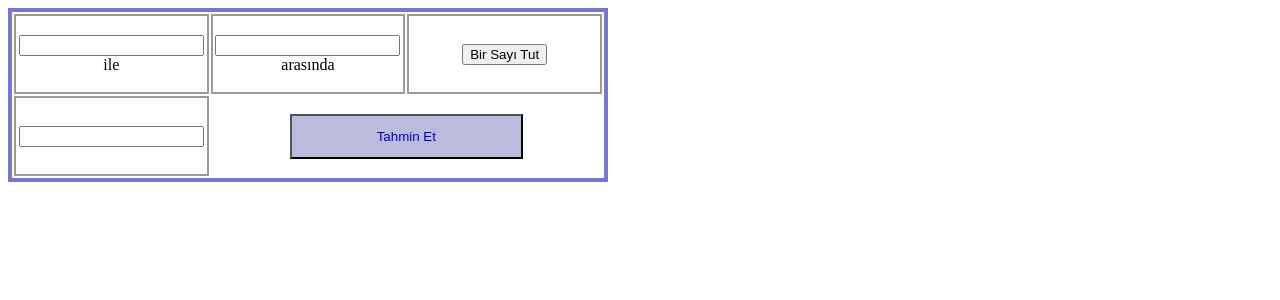
Repository: emrebolukbas/.js-Training-Tobeto
Page: 4-oyunBirSayiTut/public/oyunBirSayiTut.html
The author's editor kept a copy of each file at every save. The page is drawn from the files as they stood at one save, then again after the next save.
The browser window is 1280 px wide. The pictures show the whole page.

Above is the page before, as saved 2023-10-08 21:04:42.
Console error: ReferenceError: sayfaYukle is not defined

### 4-oyunBirSayiTut/public/oyunBirSayiTut.html
<!DOCTYPE html>
<html>
<head>
	<meta charset="UTF-8">
	<title> 4-Oyun Bir Sayı Tut 1.0 </title>
	<link rel="stylesheet" href="oyunBirSayiTut.css">
	<script type="text/javascript" src="oyunBirSayiTut.js"></script>
</head>
<body onload="sayfaYukle();">

	<table class="table-1">
		<tr class="tr-1">
			<td class="td-1">
				<input id="input-1" type="number">
				<label for="input-1">ile</label>
			</td>
			<td class="td-1">
				<input id="input-2" type="number">
				<label for="input-2">arasında</label>
			</td>
			<td class="td-1">
				<button type="button" onclick="yeniSayiTut();"> Bir Sayı Tut </button>
			</td>
		</tr>
		<tr class="tr-1">
			<td class="td-1">
				<input id="input-3" type="number">
			</td>
			<td class="td-2" colspan="2">
				<button id="button-1" class="button-1" type="button" onclick="tahminEt();"> Tahmin Et </button>
			</td>
		</tr>
	</table>

	<br/>
	<div class="div-1">
		<p id="p-1" class="p-1"></p>
	</div>
</body>
</html>

### 4-oyunBirSayiTut/public/oyunBirSayiTut.css
@charset "UTF-8";

table.table-1 {
	width: 600px;
	table-layout: fixed;
	border: solid #77c 4px;
}

tr.tr-1 {
	height: 80px;
	vertical-align: middle;
}

td.td-1 {
	border: solid #a09999 2px;
	text-align: center;
}
td.td-2 {
	text-align: center;
}

button.button-1 {
	color: #00b;
	background-color: #bbd;
	height: 45px;
	width: 60%;
}

div.div-1 {
	font: oblique;
	font-weight: 600;
	font-size: 18px;
	color: rgb(0, 128, 128);
}

Loaded but not shown: 4-oyunBirSayiTut/public/oyunBirSayiTut.js (common file)

After the next save:
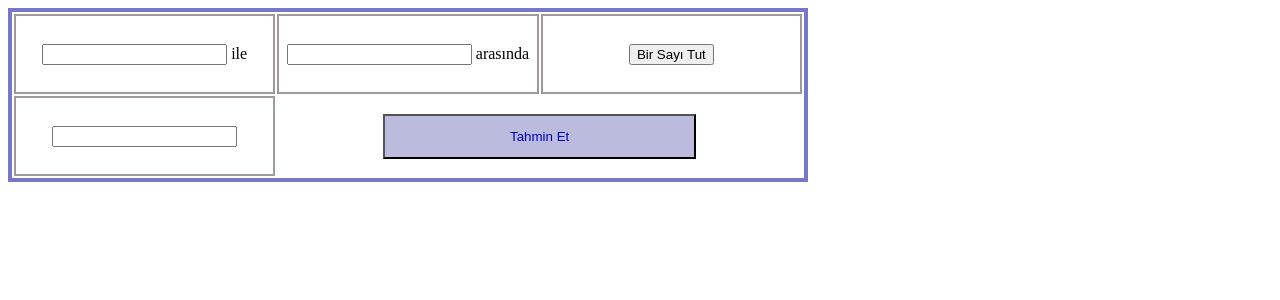
Saved 14 s later.
--- a/4-oyunBirSayiTut/public/oyunBirSayiTut.css
+++ b/4-oyunBirSayiTut/public/oyunBirSayiTut.css
@@ -1,7 +1,7 @@
 @charset "UTF-8";
 
 table.table-1 {
-	width: 600px;
+	width: 800px;
 	table-layout: fixed;
 	border: solid #77c 4px;
 }
